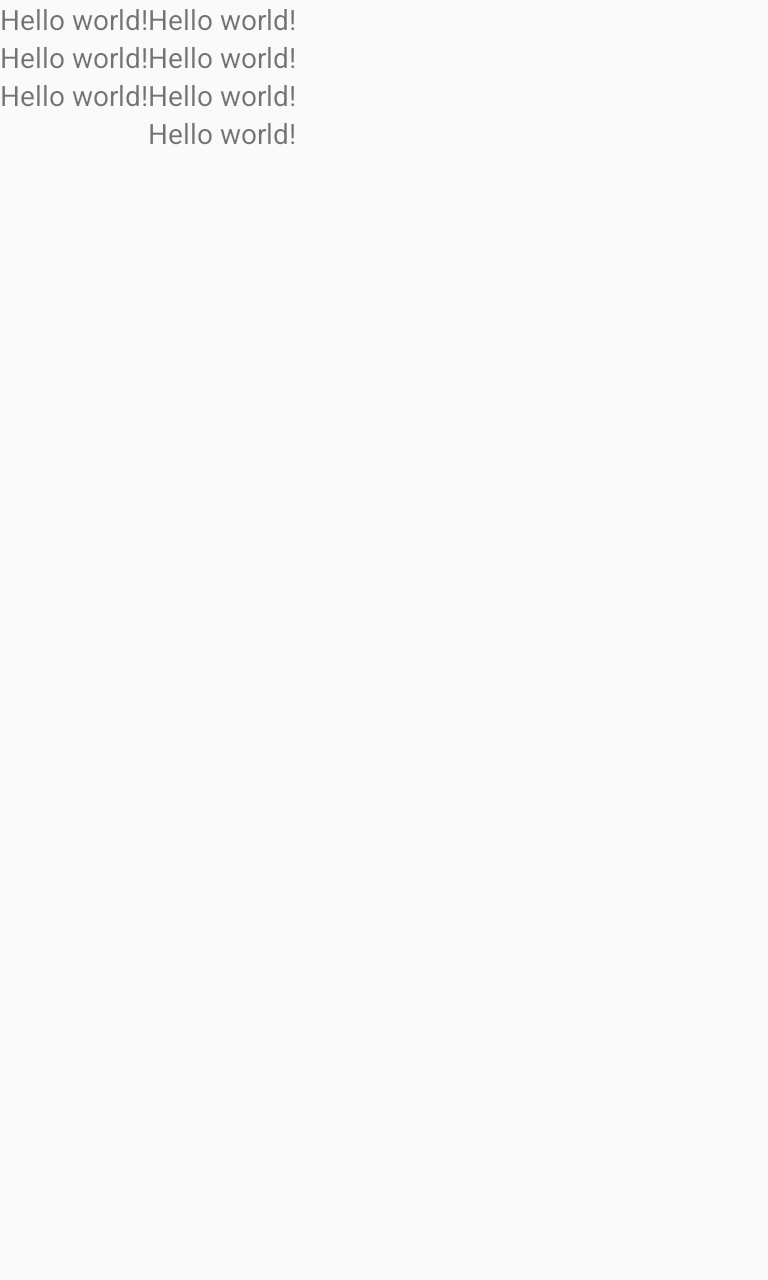
Repository: deyan-yosifov/Android
Layout: Workspace/BouncingBallGame/res/layout/activity_accelerometer_monitor.xml
The author's editor kept a copy of each file at every save. The layout is drawn from the files as they stood at one save, then again after the next save.
It is drawn on a 768 x 1280 px phone screen (xhdpi) without system bars, with theme AppTheme; the app's code is not run.

Above is the layout before, as saved 2015-01-03 16:30:52.

### Workspace/BouncingBallGame/res/layout/activity_accelerometer_monitor.xml
<RelativeLayout xmlns:android="http://schemas.android.com/apk/res/android"
    xmlns:tools="http://schemas.android.com/tools"
    android:layout_width="match_parent"
    android:layout_height="match_parent"
    tools:context="${relativePackage}.${activityClass}" >

	<LinearLayout
	    android:layout_width="wrap_content"
        android:layout_height="wrap_content"
        android:orientation="vertical"
        android:id="@+id/acceleromatorValues"
	    >
	    <TextView
	        android:layout_width="wrap_content"
	        android:layout_height="wrap_content"
	        android:id="@+id/accelerometer_x_coordinate_textView"
	        android:text="@string/hello_world" />

	    <TextView
	        android:layout_width="wrap_content"
	        android:layout_height="wrap_content"
	        android:id="@+id/accelerometer_y_coordinate_textView"
	        android:text="@string/hello_world" />

	    <TextView
	        android:layout_width="wrap_content"
	        android:layout_height="wrap_content"
	        android:id="@+id/accelerometer_z_coordinate_textView"
	        android:text="@string/hello_world" />
	</LinearLayout>

	<LinearLayout
	    android:layout_width="wrap_content"
        android:layout_height="wrap_content"
        android:orientation="vertical"
        android:id="@+id/gravityValues"
        android:layout_toRightOf="@id/acceleromatorValues"
	    >
		<TextView
	        android:layout_width="wrap_content"
	        android:layout_height="wrap_content"
	        android:id="@+id/gravity_x_coordinate_textView"
	        android:text="@string/hello_world" />

	    <TextView
	        android:layout_width="wrap_content"
	        android:layout_height="wrap_content"
	        android:id="@+id/gravity_y_coordinate_textView"
	        android:text="@string/hello_world" />

	    <TextView
	        android:layout_width="wrap_content"
	        android:layout_height="wrap_content"
	        android:id="@+id/gravity_z_coordinate_textView"
	        android:text="@string/hello_world" />

	    <TextView
	        android:layout_width="wrap_content"
	        android:layout_height="wrap_content"
	        android:id="@+id/gravity_length_coordinate_textView"
	        android:text="@string/hello_world" />
	</LinearLayout>

	<LinearLayout
	    android:layout_width="wrap_content"
        android:layout_height="wrap_content"
        android:orientation="vertical"
        android:id="@+id/timeValues"
        android:layout_toRightOf="@id/gravityValues"
	    >

	</LinearLayout>

</RelativeLayout>

### Workspace/BouncingBallGame/res/values/styles.xml
<resources xmlns:android="http://schemas.android.com/apk/res/android">

    <!--
        Base application theme, dependent on API level. This theme is replaced
        by AppBaseTheme from res/values-vXX/styles.xml on newer devices.
    -->
    <style name="FallingRocksFonts" parent="@android:style/TextAppearance.Medium">
        <item name="android:layout_width">wrap_content</item>
        <item name="android:layout_height">wrap_content</item>
        <item name="android:textColor">#FF0000</item>
        <item name="android:background">#00FF00</item>
        <item name="android:padding">10dp</item>
        <item name="android:layout_centerHorizontal">true</item>
    </style>

    <style name="FallingRocksButtons" parent="@android:attr/buttonStyleSmall">
        <item name="android:layout_width">wrap_content</item>
        <item name="android:layout_height">wrap_content</item>
        <item name="android:padding">10dp</item>
        <item name="android:layout_centerHorizontal">true</item>
    </style>

    <style name="AppBaseTheme" parent="Theme.AppCompat.Light">
        <!--
            Theme customizations available in newer API levels can go in
            res/values-vXX/styles.xml, while customizations related to
            backward-compatibility can go here.
        -->

    </style>

    <!-- Application theme. -->
    <style name="AppTheme" parent="AppBaseTheme">
        <!-- All customizations that are NOT specific to a particular API-level can go here. -->
    </style>

</resources>

### Workspace/BouncingBallGame/res/values/strings.xml
<?xml version="1.0" encoding="utf-8"?>
<resources>

    <string name="app_name">Falling Rocks</string>
    <string name="hello_world">Hello world!</string>
    <string name="welcome_header">Welcome to Falling Rocks game!</string>
    <string name="button_play_game">Play the game!</string>
    <string name="action_settings">Settings</string>
    <string name="title_activity_single_player_game">Play game!</string>

</resources>

Loaded but not shown: Workspace/BouncingBallGame/res/values-v11/styles.xml (common file); Workspace/BouncingBallGame/res/values-v14/styles.xml (common file)

After the next save:
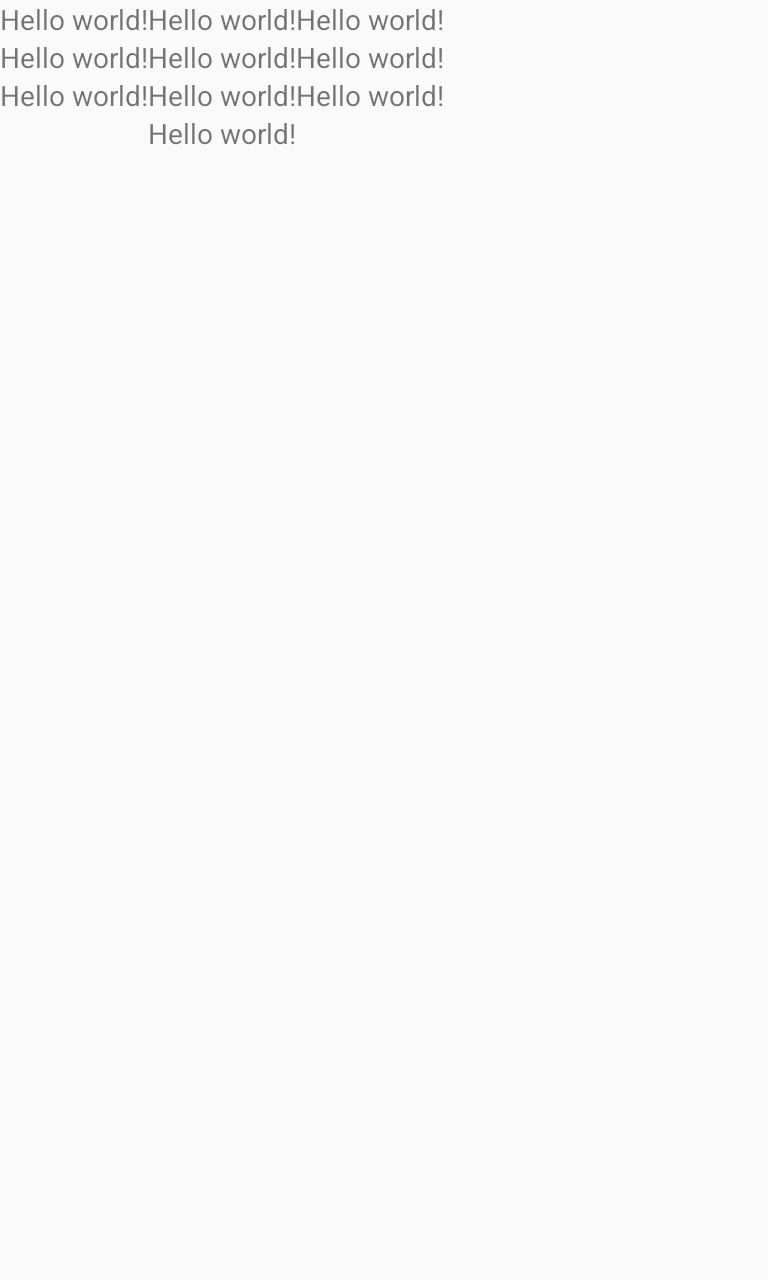
Saved 42 s later.
--- a/Workspace/BouncingBallGame/res/layout/activity_accelerometer_monitor.xml
+++ b/Workspace/BouncingBallGame/res/layout/activity_accelerometer_monitor.xml
@@ -68,7 +68,23 @@
         android:id="@+id/timeValues"
         android:layout_toRightOf="@id/gravityValues"
 	    >
+	    <TextView
+	        android:layout_width="wrap_content"
+	        android:layout_height="wrap_content"
+	        android:id="@+id/gravity_x_coordinate_textView"
+	        android:text="@string/hello_world" />
 
+	    <TextView
+	        android:layout_width="wrap_content"
+	        android:layout_height="wrap_content"
+	        android:id="@+id/gravity_y_coordinate_textView"
+	        android:text="@string/hello_world" />
+
+	    <TextView
+	        android:layout_width="wrap_content"
+	        android:layout_height="wrap_content"
+	        android:id="@+id/gravity_z_coordinate_textView"
+	        android:text="@string/hello_world" />
 	</LinearLayout>
 
 </RelativeLayout>
